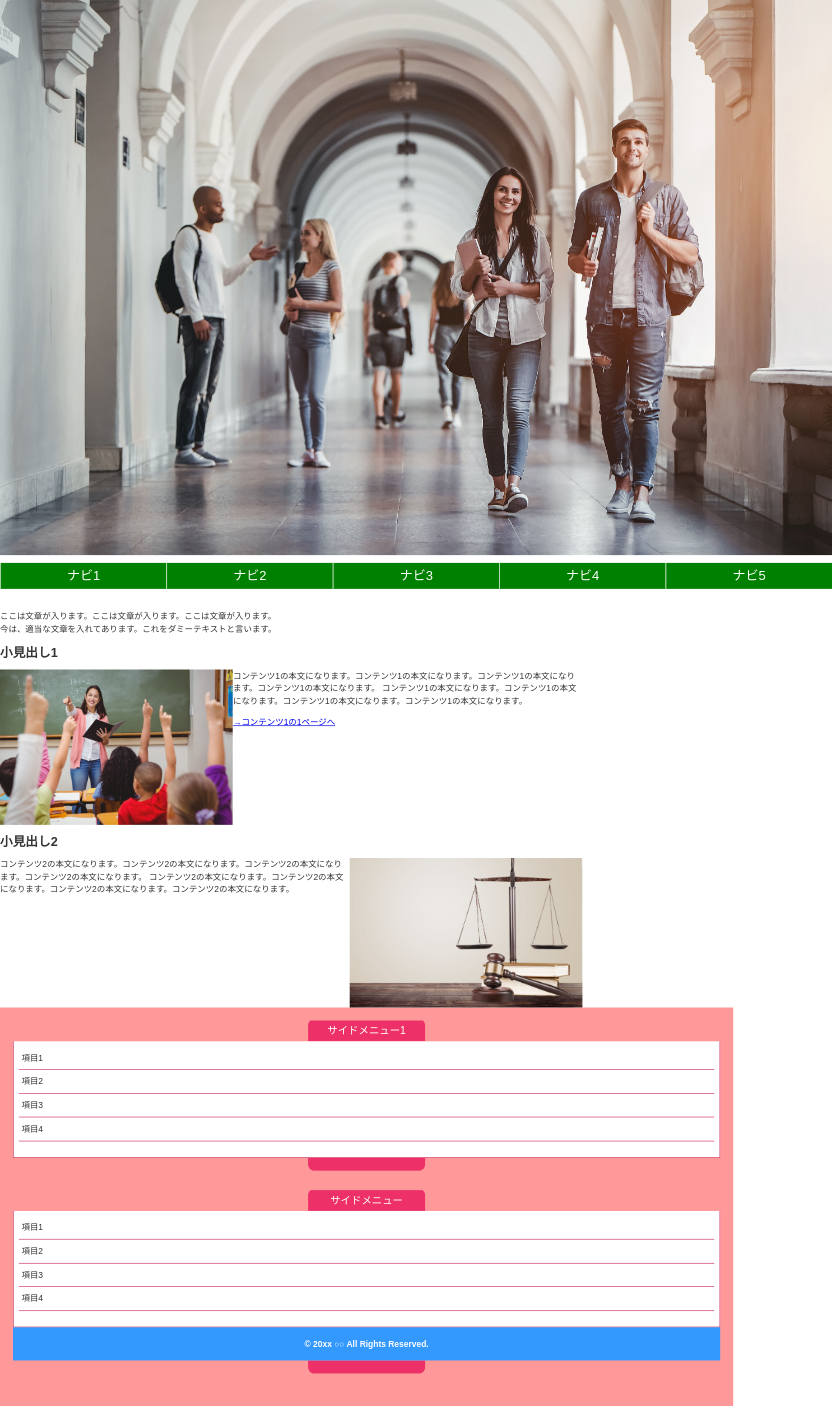
Repository: ishikawa-san/samurai_HTML-CSS
Page: home.html
The author's editor kept a record of every edit. The page is drawn from the files as they stood at one moment, then again after the next edit.
The browser window is 1280 px wide. The pictures show the whole page, at 65% of full size.

Above is the page before.

After the next edit:
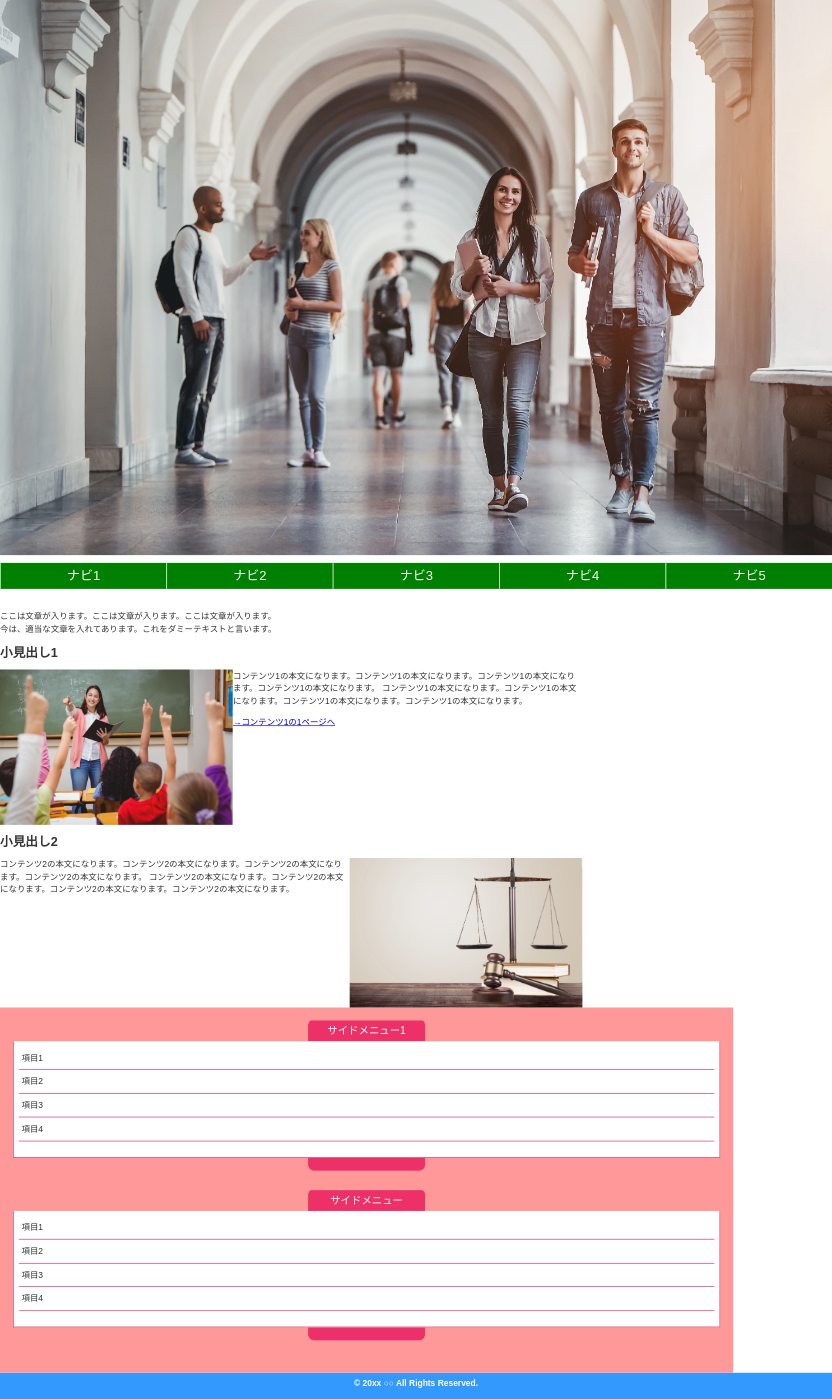
The edit:
--- a/home.html
+++ b/home.html
@@ -65,6 +65,9 @@
                       <li>項目4</li>
                     </ul>
                   </div>
+                </div>
+              </div>
+            </div>
         <div id="footer">
             <p>&copy; 20xx ○○ All Rights Reserved.</p>
         </div>
